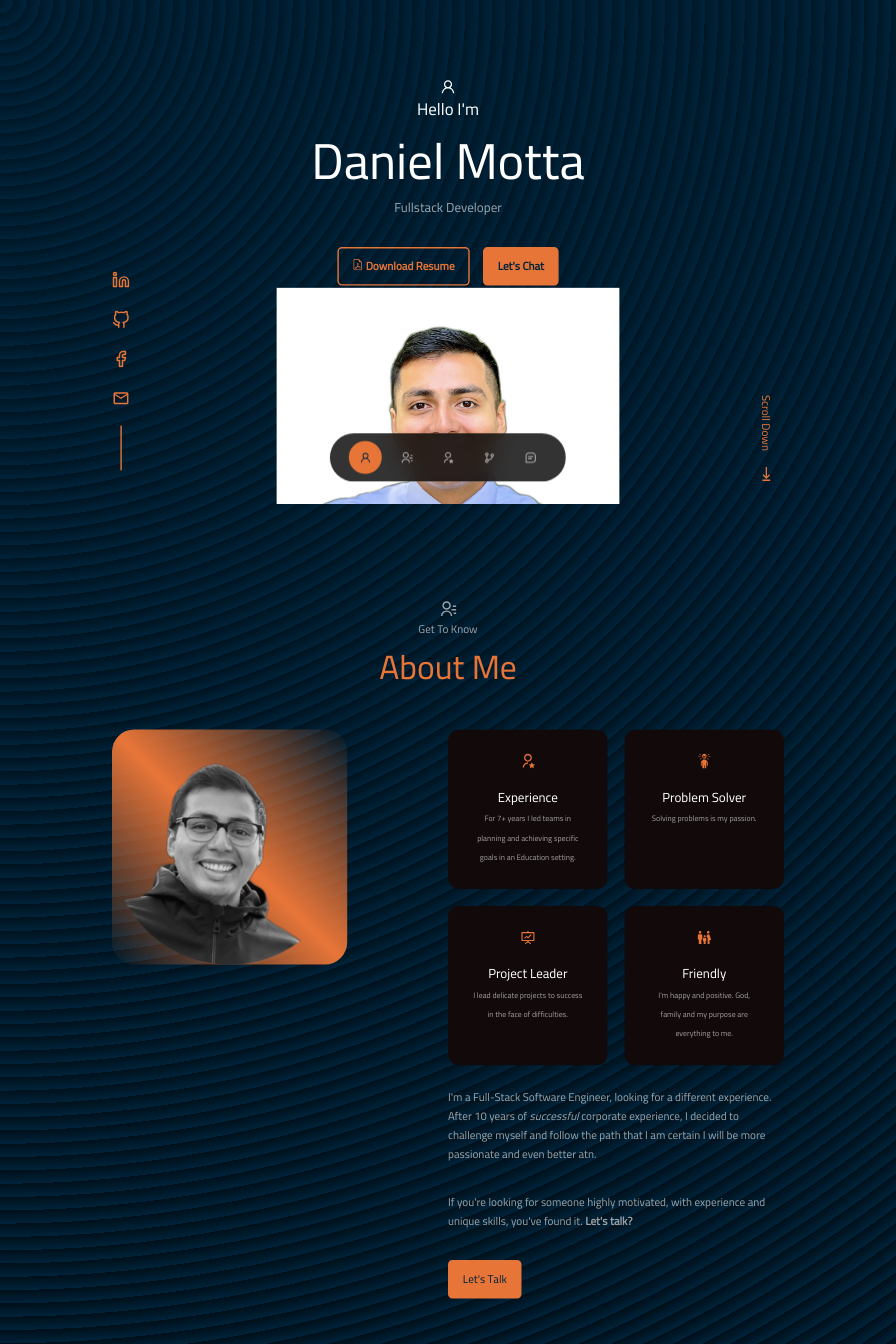
Repository: mottad14/dani_portfolio
Page: /
These files come from the project's save history. The page is drawn as it stood at one moment and after the next save; the edit follows.
The browser window is 1280 px wide. The pictures show the part of the page from y = 0 to 1920 px (the page is 5406 px tall), at 70% of full size.
The project was rebuilt for these pictures with package versions that can differ from the ones it lists, and the page was loaded fresh each time. Also part of the build but not shown: src/components/services/services.css, src/components/services/Services.jsx, src/components/testimonials/testimonials.css. Imported but missing from the stored project, and not drawn on this page: src/components/assets/cv.pdf.

Above is the page before, as saved 2022-08-17 15:01:02.

After the next save:
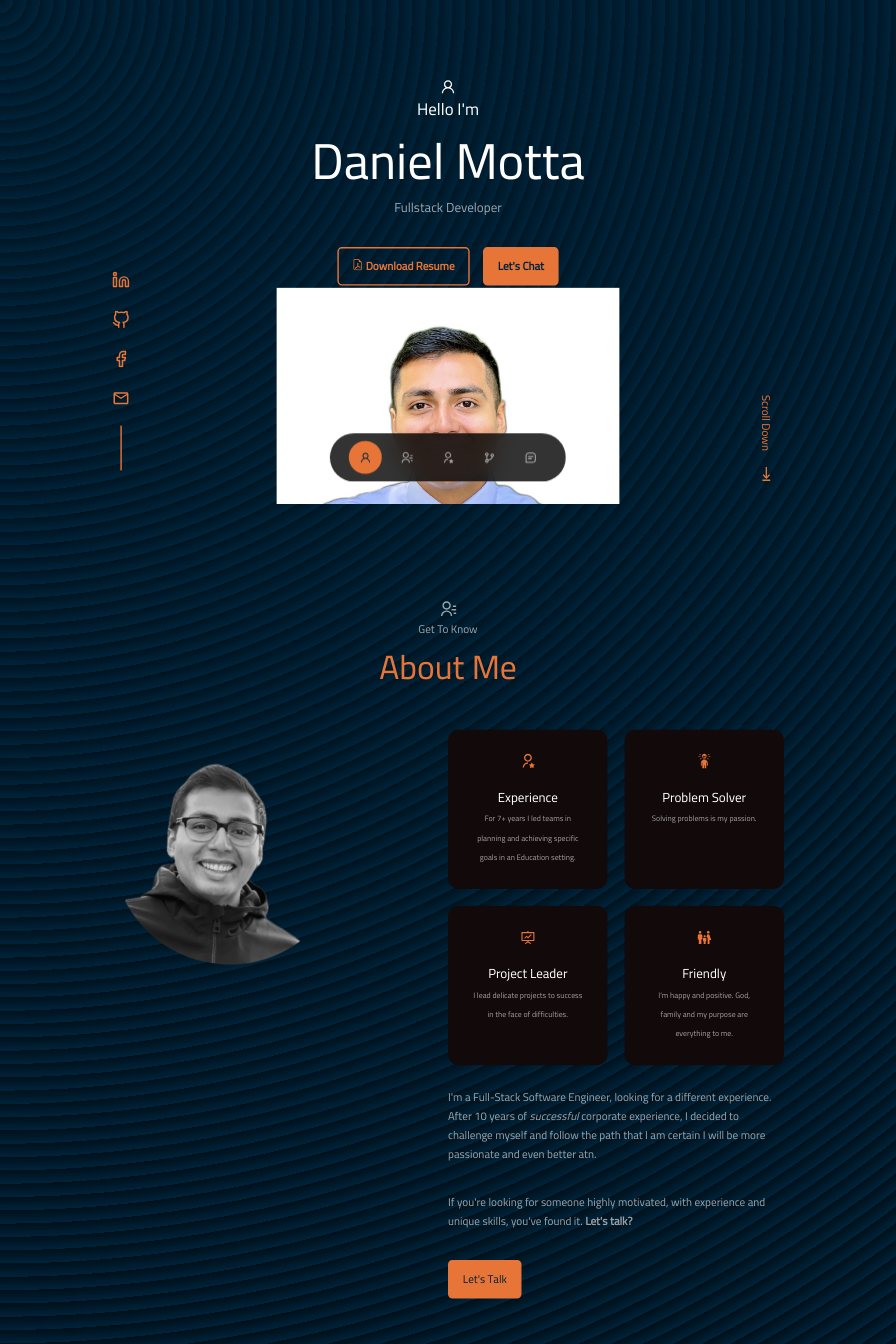
Saved 96 s later.
--- a/src/components/about/about.css
+++ b/src/components/about/about.css
@@ -9,7 +9,7 @@
   aspect-ratio: 1/1;
   border-radius: 2rem;
   background: linear-gradient(45deg,
-      transparent,
+      solid,
       var(--color-primary),
       transparent);
   display: grid;

After the 2 saves that followed:
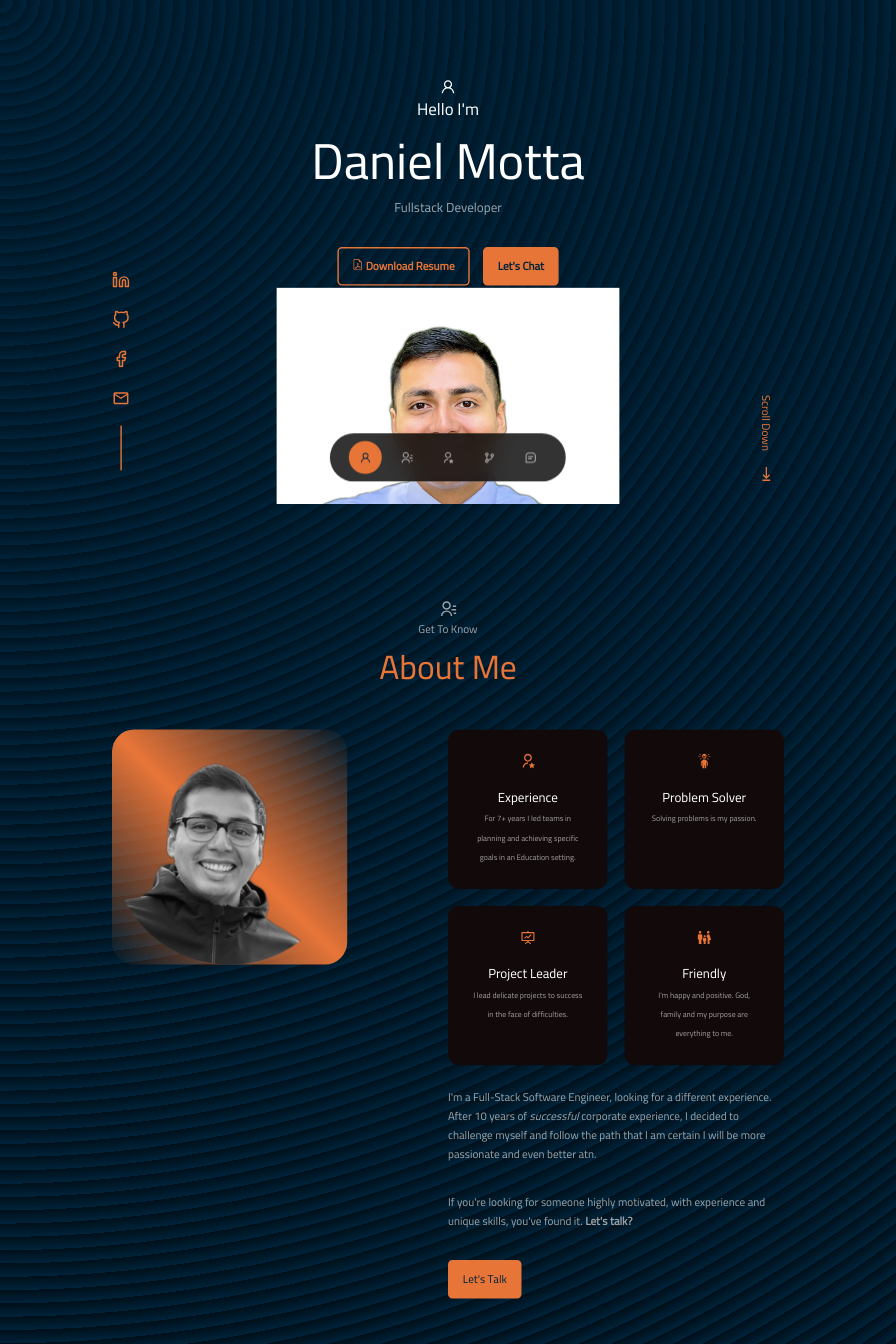
The 2 saves are shown as one change because 1 left the picture as it was.
The last was saved 23 s later.
--- a/src/components/about/about.css
+++ b/src/components/about/about.css
@@ -9,7 +9,7 @@
   aspect-ratio: 1/1;
   border-radius: 2rem;
   background: linear-gradient(45deg,
-      solid,
+      transparent,
       var(--color-primary),
       transparent);
   display: grid;
